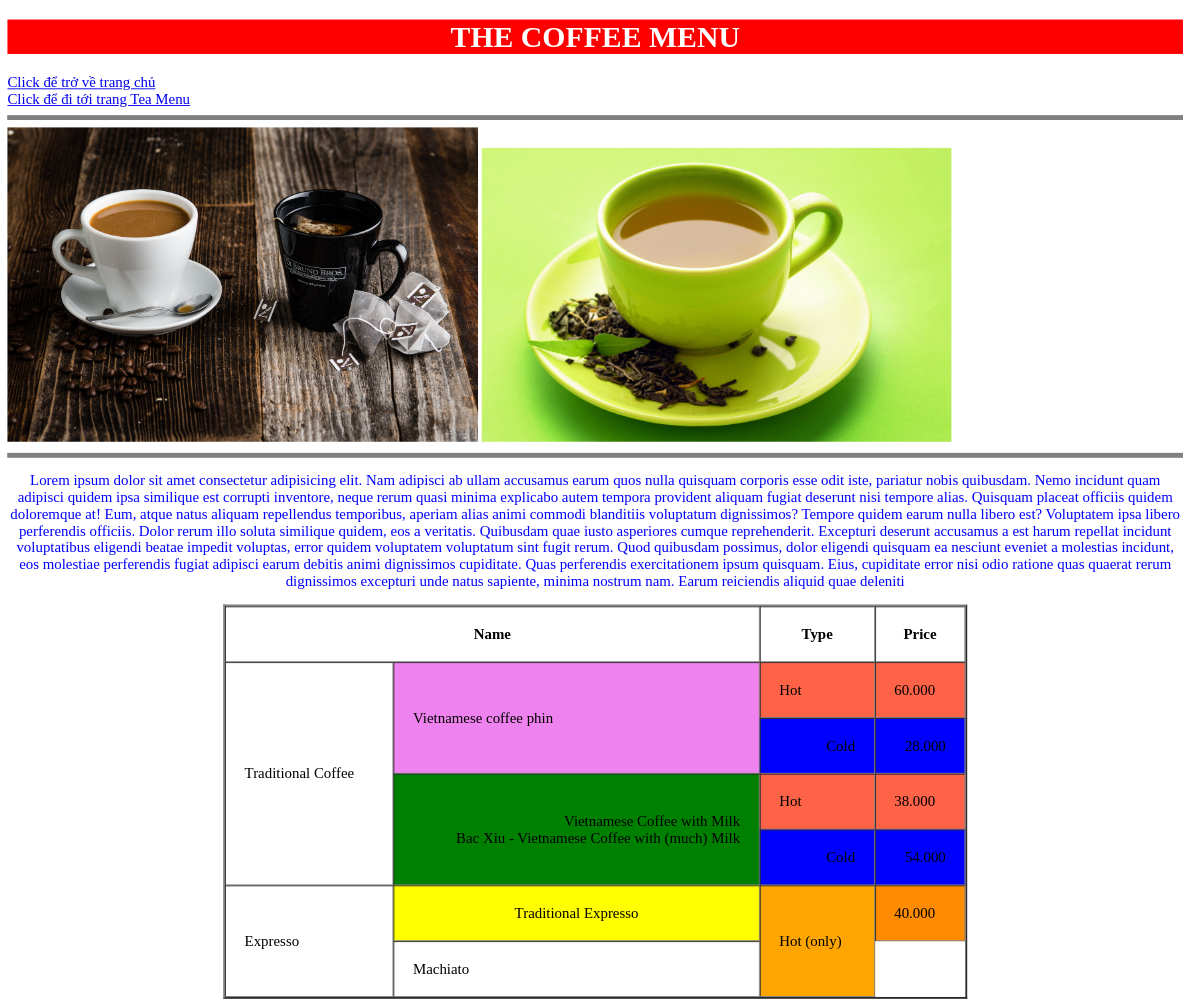
Repository: giahuy405/HomeWork_Coffee
Page: coffee.html
The author's editor kept a copy of each file at every save. The page is drawn from the files as they stood at one save, then again after the next save.
The browser window is 1280 px wide. The pictures show the whole page, at 93% of full size.

Above is the page before, as saved 2022-09-07 12:20:20.

After the next save:
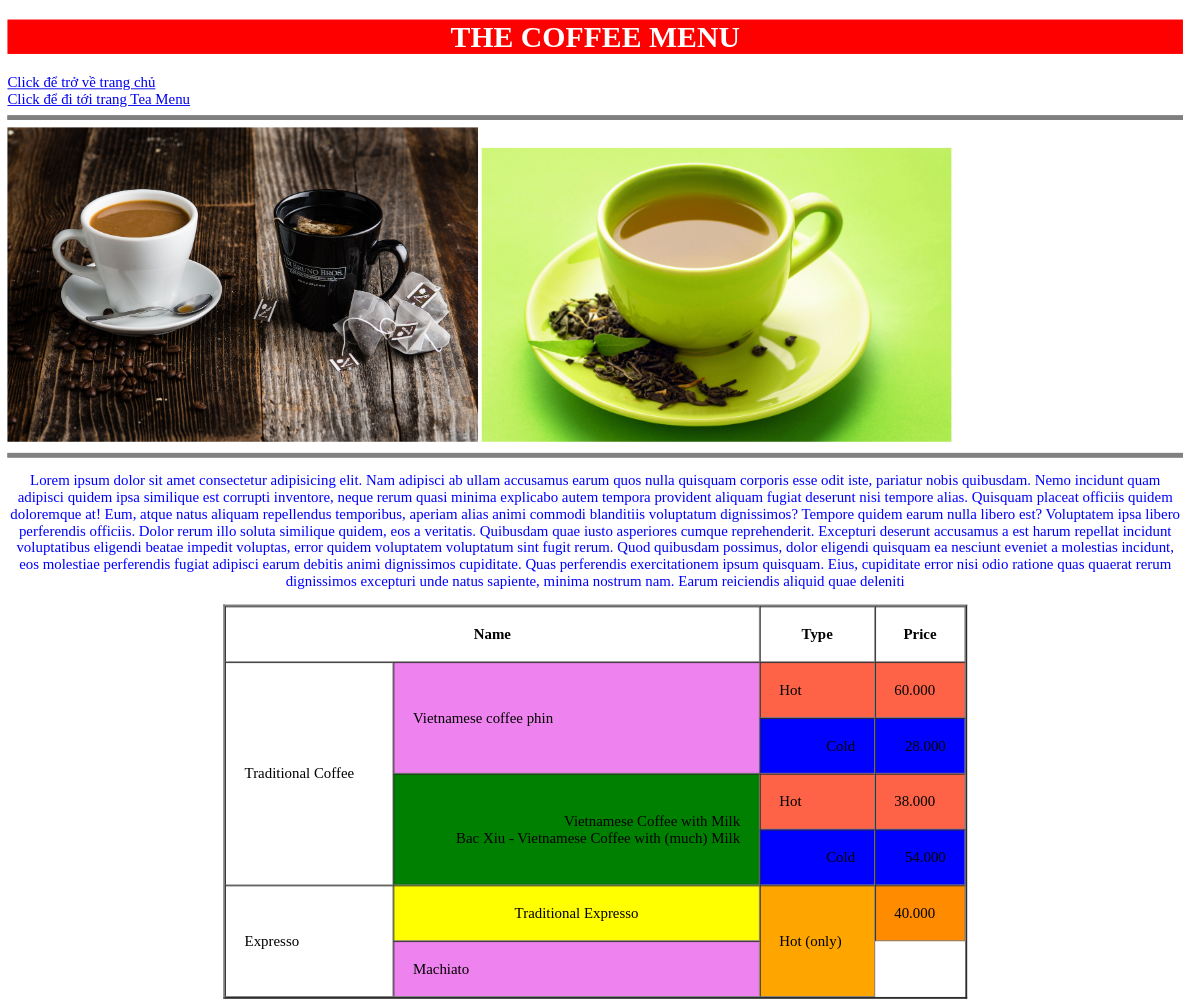
Saved 17 s later.
--- a/coffee.html
+++ b/coffee.html
@@ -50,7 +50,7 @@
             <td style="background-color: darkorange;">40.000</td>
         </tr>
         <tr>
-            <td>Machiato</td>
+            <td style="background-color: rgb(238, 130, 238);">Machiato</td>
         </tr>
 
     </table>
